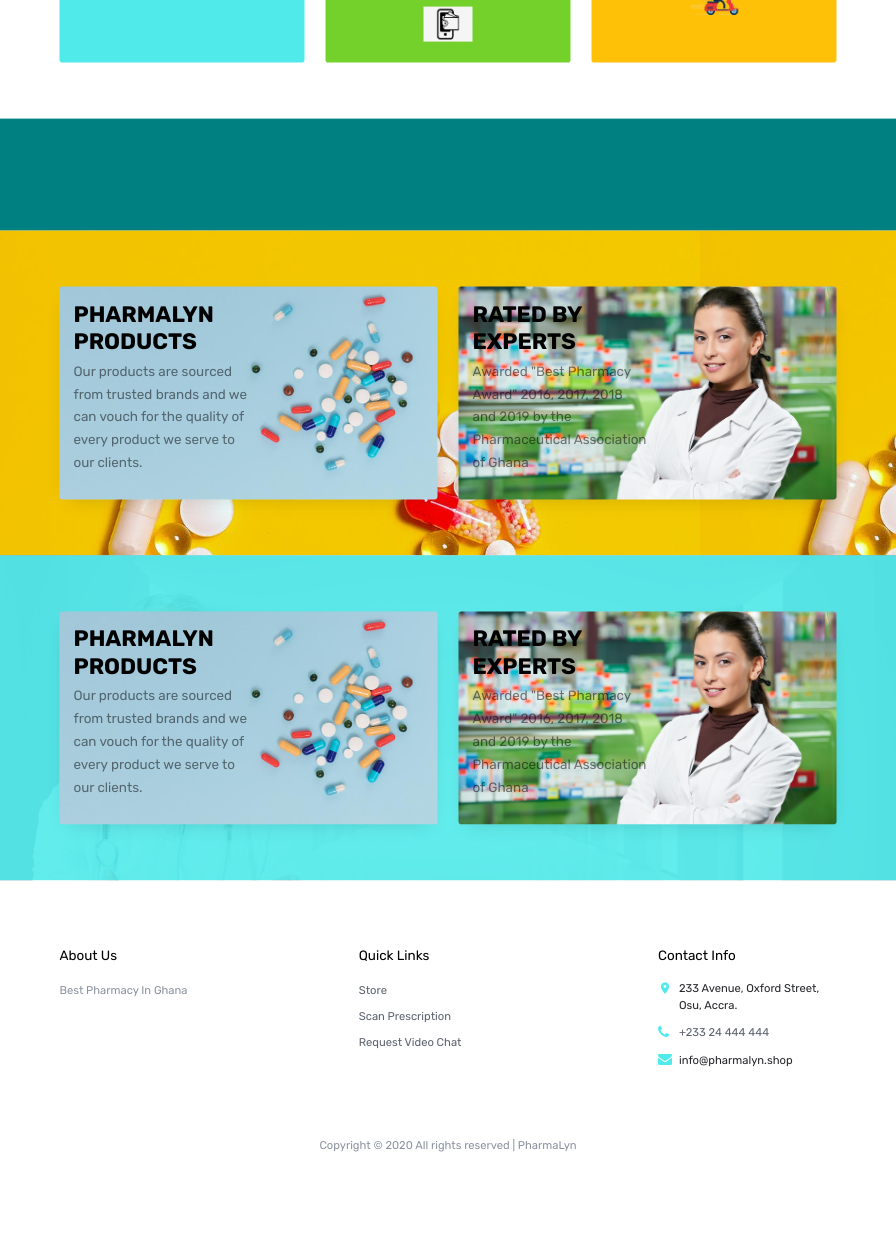
Repository: Nat-A/finalyearproject
Page: pharma/index - Copy.html
The author's editor kept a copy of each file at every save. The page is drawn from the files as they stood at one save, then again after the next save.
The browser window is 1280 px wide. The pictures show the part of the page from y = 838 to 2758 px (the page is 2600 px tall before and 3280 px after), at 70% of full size.

Above is the page before, as saved 2020-06-03 13:35:28.

After the next save:
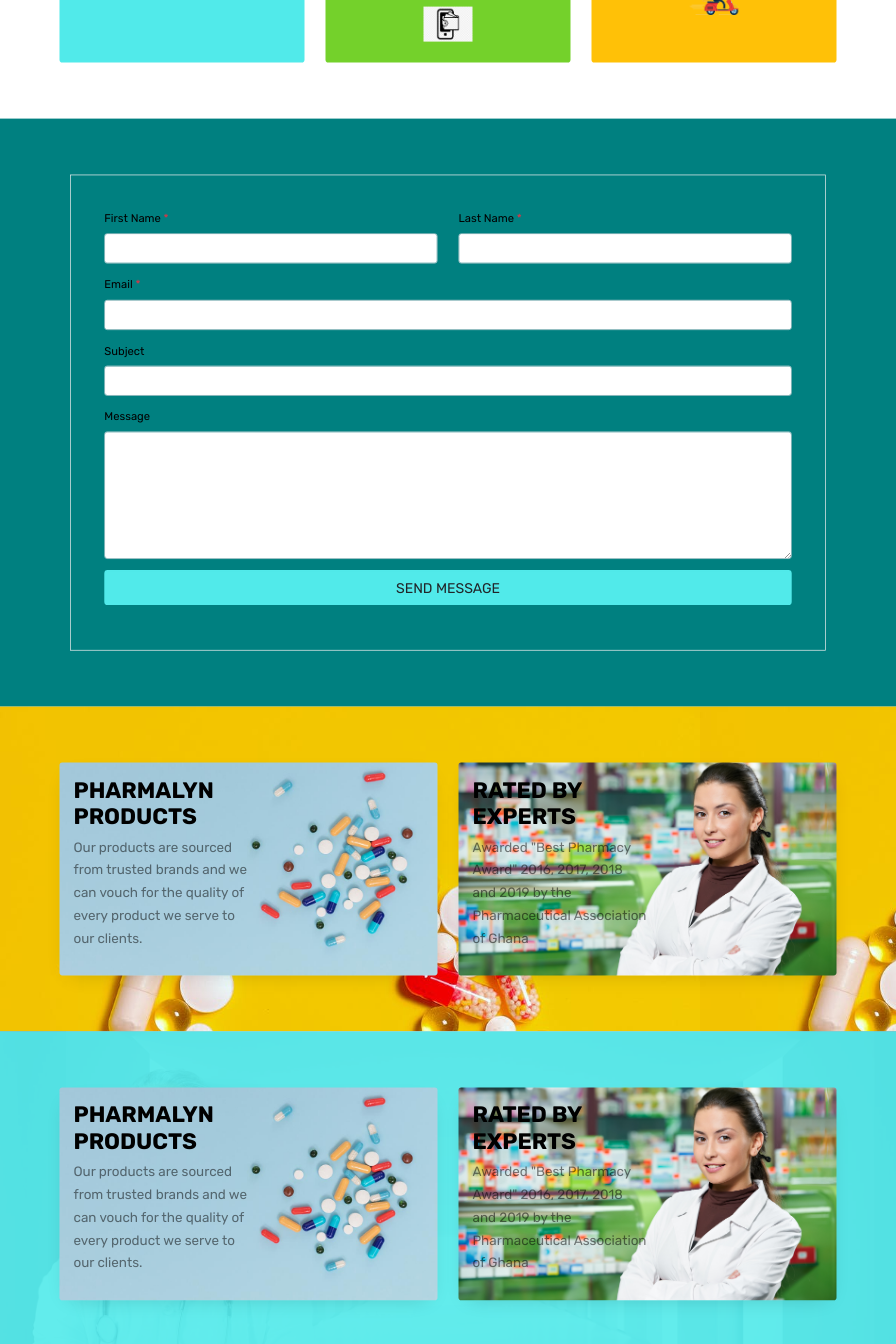
Saved 1 s later.
--- a/pharma/index - Copy.html
+++ b/pharma/index - Copy.html
@@ -135,6 +135,48 @@
 
         <div class="site-section" style="background: teal;">
             <div class="container">
+                <div class="col-md-12">
+
+                    <form action="#" method="post">
+
+                        <div class="p-3 p-lg-5 border">
+                            <div class="form-group row">
+                                <div class="col-md-6">
+                                    <label for="c_fname" class="text-black">First Name <span class="text-danger">*</span></label>
+                                    <input type="text" class="form-control" id="c_fname" name="c_fname">
+                                </div>
+                                <div class="col-md-6">
+                                    <label for="c_lname" class="text-black">Last Name <span class="text-danger">*</span></label>
+                                    <input type="text" class="form-control" id="c_lname" name="c_lname">
+                                </div>
+                            </div>
+                            <div class="form-group row">
+                                <div class="col-md-12">
+                                    <label for="c_email" class="text-black">Email <span class="text-danger">*</span></label>
+                                    <input type="email" class="form-control" id="c_email" name="c_email" placeholder="">
+                                </div>
+                            </div>
+                            <div class="form-group row">
+                                <div class="col-md-12">
+                                    <label for="c_subject" class="text-black">Subject </label>
+                                    <input type="text" class="form-control" id="c_subject" name="c_subject">
+                                </div>
+                            </div>
+
+                            <div class="form-group row">
+                                <div class="col-md-12">
+                                    <label for="c_message" class="text-black">Message </label>
+                                    <textarea name="c_message" id="c_message" cols="30" rows="7" class="form-control"></textarea>
+                                </div>
+                            </div>
+                            <div class="form-group row">
+                                <div class="col-lg-12">
+                                    <input type="submit" class="btn btn-primary btn-lg btn-block" value="Send Message">
+                                </div>
+                            </div>
+                        </div>
+                    </form>
+                </div>
 
 
 
